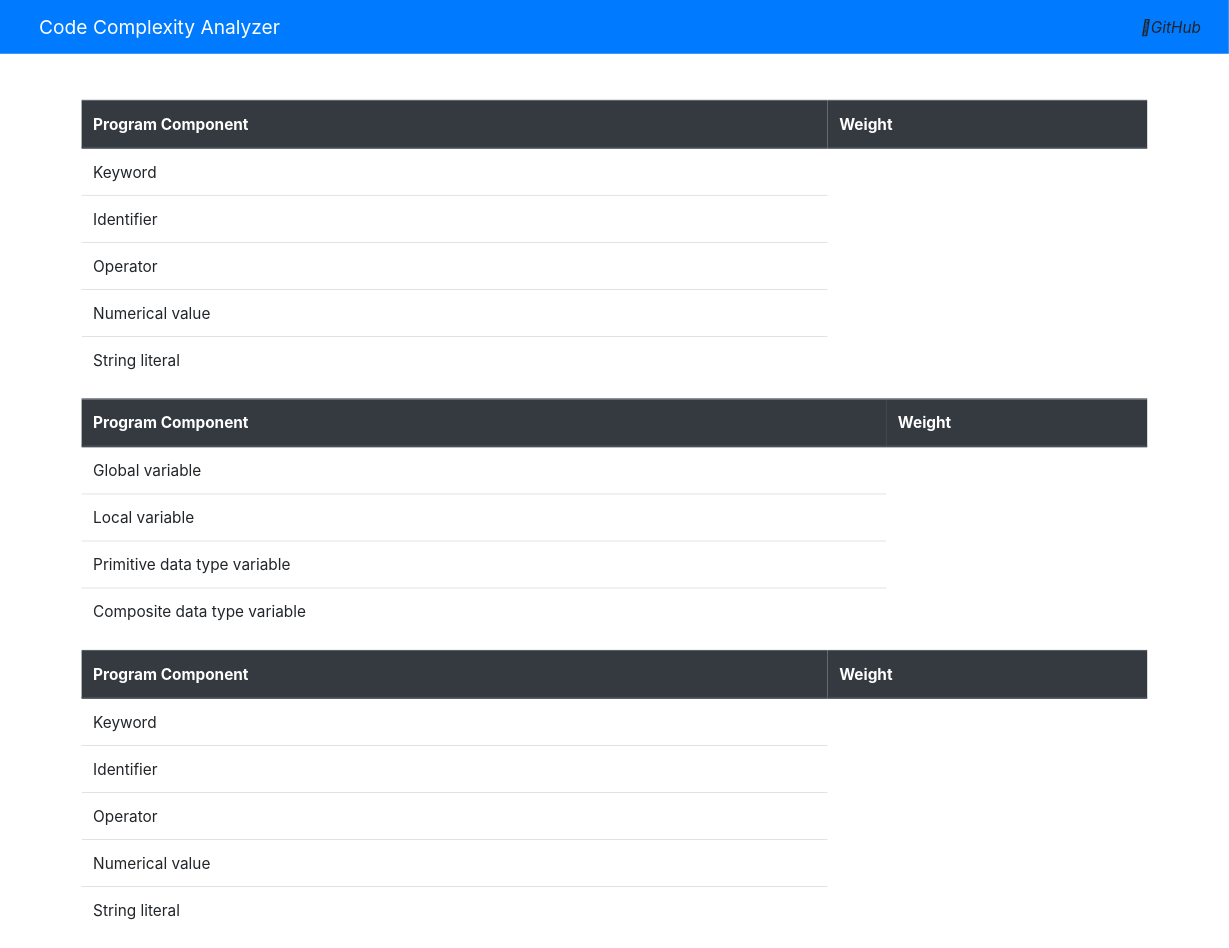
Repository: DinuwanB/Code-Complexity-Analyzer
Page: http://localhost/ITPM/Weight.jsp
An editor plug-in stored every save of this project. The page is shown before and after the next save, followed by the edit.
The browser window is 1280 px wide. The pictures show the whole page, at 96% of full size.
The page is served by Tomcat 9.

Above is the page before, as saved 2020-05-21 13:21:27.

After the next save:
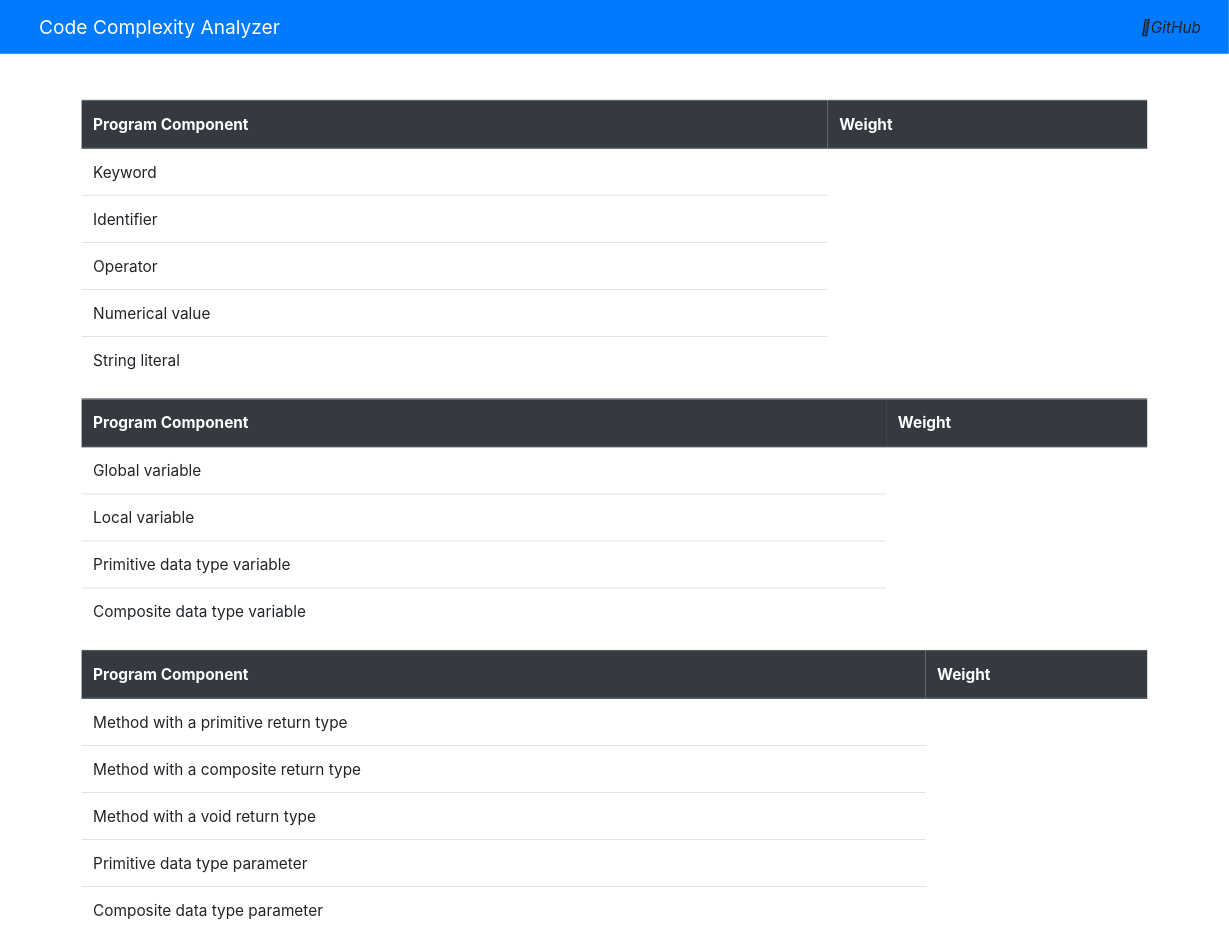
Saved 72 min 39 s later.
--- a/ITPM/src/main/webapp/Weight.jsp
+++ b/ITPM/src/main/webapp/Weight.jsp
@@ -85,19 +85,19 @@
   </thead>
   <tbody>
     <tr>
-      <td>Keyword</td>
+      <td>Method with a primitive return type</td>
     </tr>
     <tr>
-     <td>Identifier</td>
+     <td>Method with a composite return type</td>
     </tr>
   	<tr>
-  	 <td>Operator</td>
+  	 <td>Method with a void return type</td>
   	</tr>
   	<tr>
-  	<td>Numerical value</td>
+  	<td>Primitive data type parameter</td>
     </tr>
     <tr>
-    <td>String literal</td>
+    <td>Composite data type parameter</td>
     </tr>
   </tbody>
 </table>
